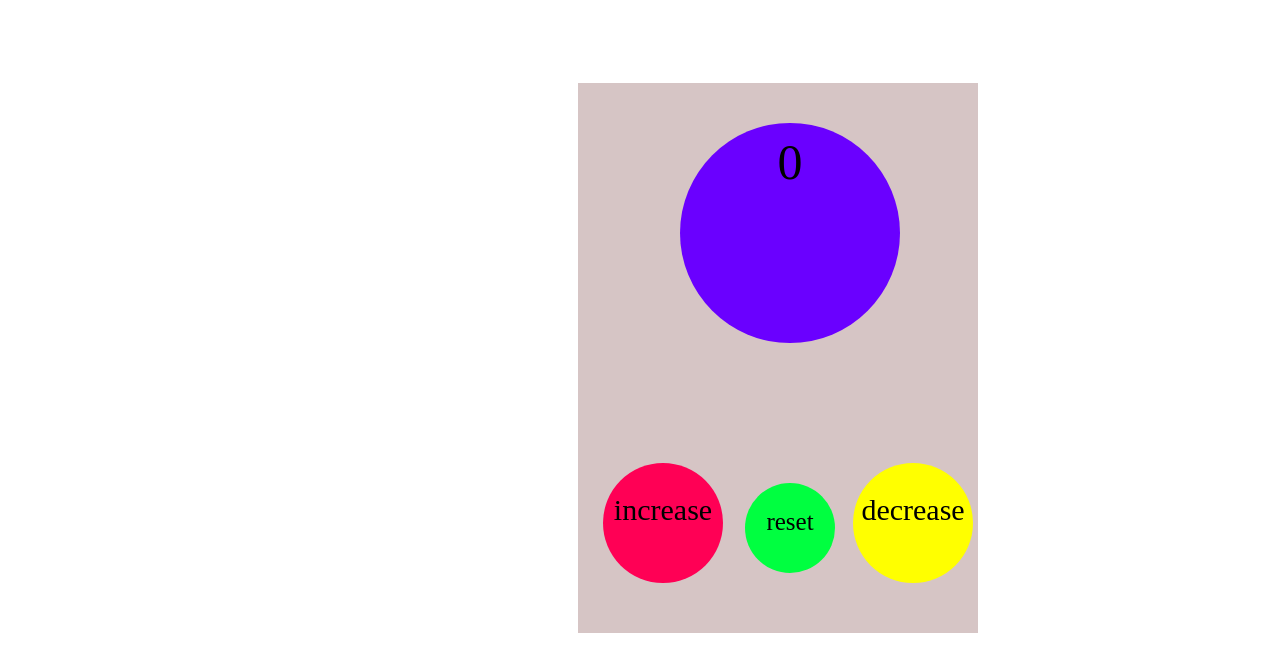
Repository: sara55m/Counter_App
Page: index.html
These files come from the project's save history. The page is drawn as it stood at one moment and after the next save; the edit follows.
The browser window is 1280 px wide. The pictures show the whole page.

Above is the page before, as saved 2024-07-30 03:50:24.

After the next save:
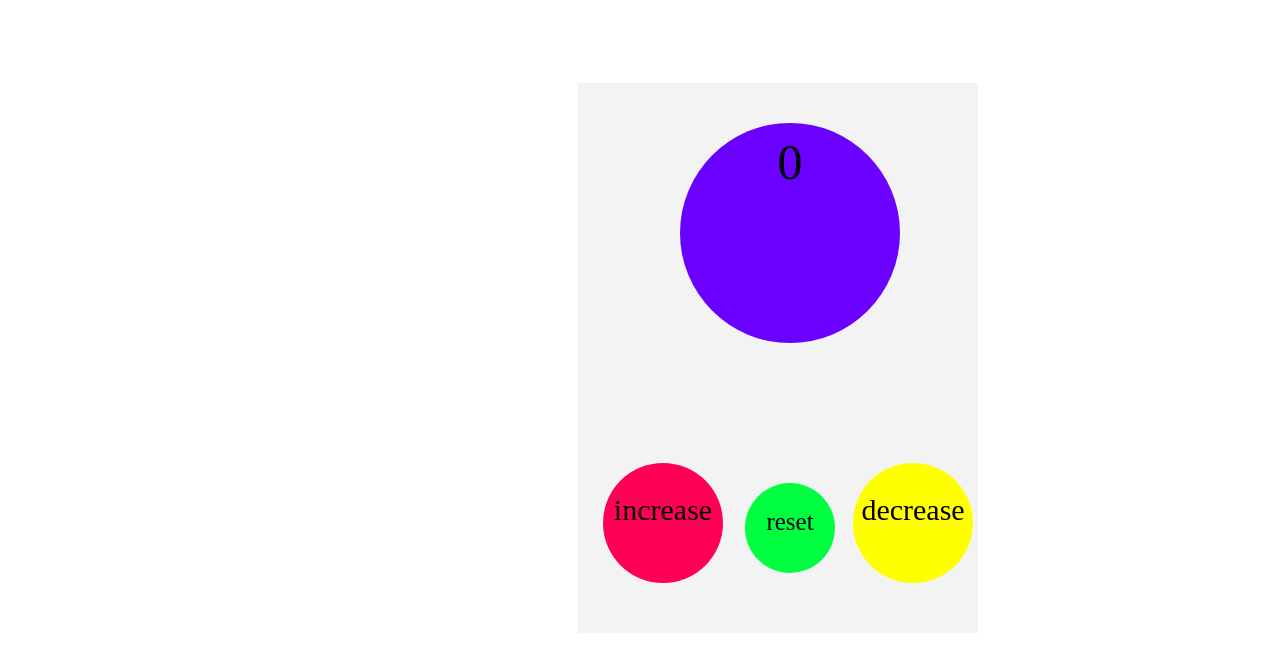
Saved 42 s later.
--- a/css/style.css
+++ b/css/style.css
@@ -4,7 +4,7 @@
     left:575px;
     height:550px;
     width:400px;
-    background-color: rgb(214, 197, 197);
+    background-color: rgb(243 243 243);
     border:3px solid white;
 }
 
